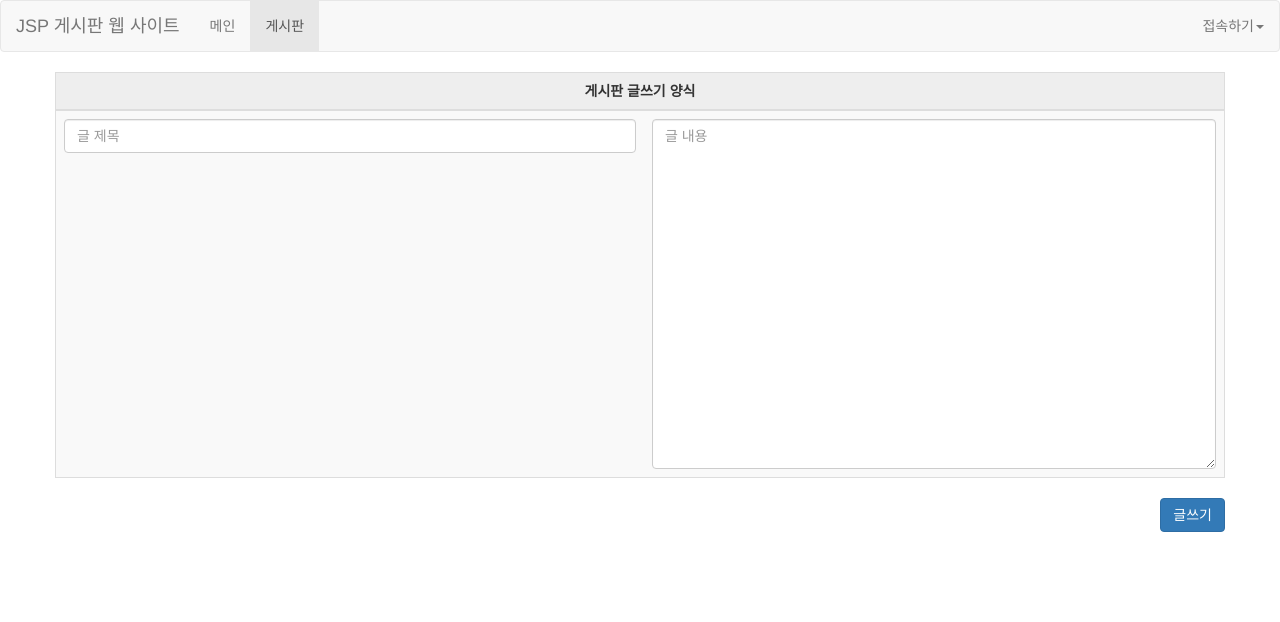
Repository: jsj961/bulletin-board-system
Page: http://localhost/BBS/write.jsp
An editor plug-in stored every save of this project. The page is shown before and after the next save, followed by the edit.
The browser window is 1280 px wide. The pictures show the whole page.
Some web libraries are served in a nearby version. The page is served by Tomcat 9. Other server files are loaded and not shown.

Above is the page before, as saved 2021-07-01 05:14:24.

### BBS/src/main/webapp/write.jsp
<%@ page language="java" contentType="text/html; charset=UTF-8"
    pageEncoding="UTF-8"%>
<%@ page import="java.io.PrintWriter" %>
<!DOCTYPE html>
<html>
<head>
<meta charset="UTF-8">
<meta name="viewport" content="width=device-width", initial-scale="1">
<link rel="stylesheet" href="css/bootstrap.css">
<title>JSP 게시판 웹 사이트</title>
</head>
<body>
	<%
		String userID = null;
		if(session.getAttribute("userID") != null) {
			userID = (String) session.getAttribute("userID");
		}
	%>
	<nav class="navbar navbar-default">
		<div class="navbar-header">
			<button type="button" class="navbar-toggle collasped"
				data-toggle="collapse" data-target="#bs-example-navbar-collaspe-1"
				aria-expanded="false">
				<span class="icon-bar"></span>
				<span class="icon-bar"></span>
				<span class="icon-bar"></span>
			</button>
			<a class="navbar-brand" href="main.jsp">JSP 게시판 웹 사이트</a>
		</div>
		<div class="collapse navbar-collapse" id="bs-example-navbar-collapse-1">
			<ul class="nav navbar-nav">
				<li><a href="main.jsp">메인</a></li>
				<li class="active"><a href="bbs.jsp">게시판</a></li>
			</ul>
			<%
				if(userID == null) {
			%>
			<ul class="nav navbar-nav navbar-right">
				<li class="dropdown">
					<a href="#" class="dropdown-toggle"
					 	data-toggle="dropdown" role="button" aria-haspopup="true"
					 	aria-expanded="false">접속하기<span class="caret"></span></a>
				 	<ul class="dropdown-menu">
				 		<li><a href="login.jsp">로그인</a></li>
				 		<li><a href="join.jsp">회원가입</a></li>
				 	</ul>
				</li>
			</ul>
			<%
				} else {
			%>
			<ul class="nav navbar-nav navbar-right">
				<li class="dropdown">
					<a href="#" class="dropdown-toggle"
					 	data-toggle="dropdown" role="button" aria-haspopup="true"
					 	aria-expanded="false">회원관리<span class="caret"></span></a>
				 	<ul class="dropdown-menu">
				 		<li><a href="logoutAction.jsp">로그아웃</a></li>
				 	</ul>
				</li>
			</ul>
			<%
				}
			%>
		</div>
	</nav>
	<div class="container">
		<div class="row">
		<form method="post" action="writeAction.jsp">
			<table class="table table-striped" style="text-align: center; border: 1px solid #dddddd">
				<thead>
					<tr>
						<th colspan="2" style="background-color: #eeeeee; text-align: center;">게시판 글쓰기 양식</th>
					</tr>
				</thead>
				<tbody>
					<tr>
						<td><input type="text" class="form-control" placeholder="글 제목" name="bbsTitle" maxlength="50"></td>
						<td><textarea type="text" class="form-control" placeholder="글 내용" name="bbsContent" maxlength="2048" style="height: 350px"></textarea></td>
					</tr>
				</tbody>
			</table>
			<input type="submit" class="btn btn-primary pull-right" value="글쓰기">
		</form>
		</div>
	</div>
	<script src="https://ajax.googleapis.com/ajax/libs/jquery/3.2.1/jquery.min.js"></script>
	<script src="js/bootstrap.js"></script>

</body>
</html>

Loaded but not shown: BBS/src/main/webapp/css/bootstrap.css (library); BBS/src/main/webapp/js/bootstrap.js (library)

After the next save:
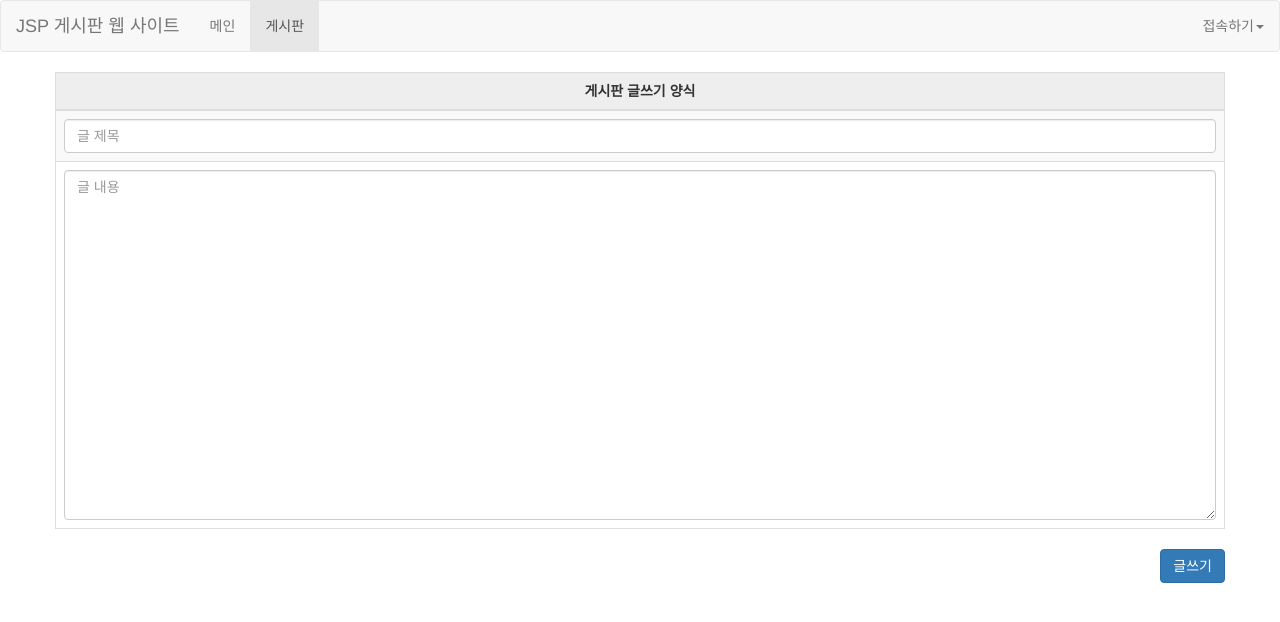
Saved 67 s later.
--- a/BBS/src/main/webapp/write.jsp
+++ b/BBS/src/main/webapp/write.jsp
@@ -76,7 +76,9 @@
 				<tbody>
 					<tr>
 						<td><input type="text" class="form-control" placeholder="글 제목" name="bbsTitle" maxlength="50"></td>
-						<td><textarea type="text" class="form-control" placeholder="글 내용" name="bbsContent" maxlength="2048" style="height: 350px"></textarea></td>
+					</tr>
+					<tr>
+						<td><textarea class="form-control" placeholder="글 내용" name="bbsContent" maxlength="2048" style="height: 350px"></textarea></td>
 					</tr>
 				</tbody>
 			</table>
